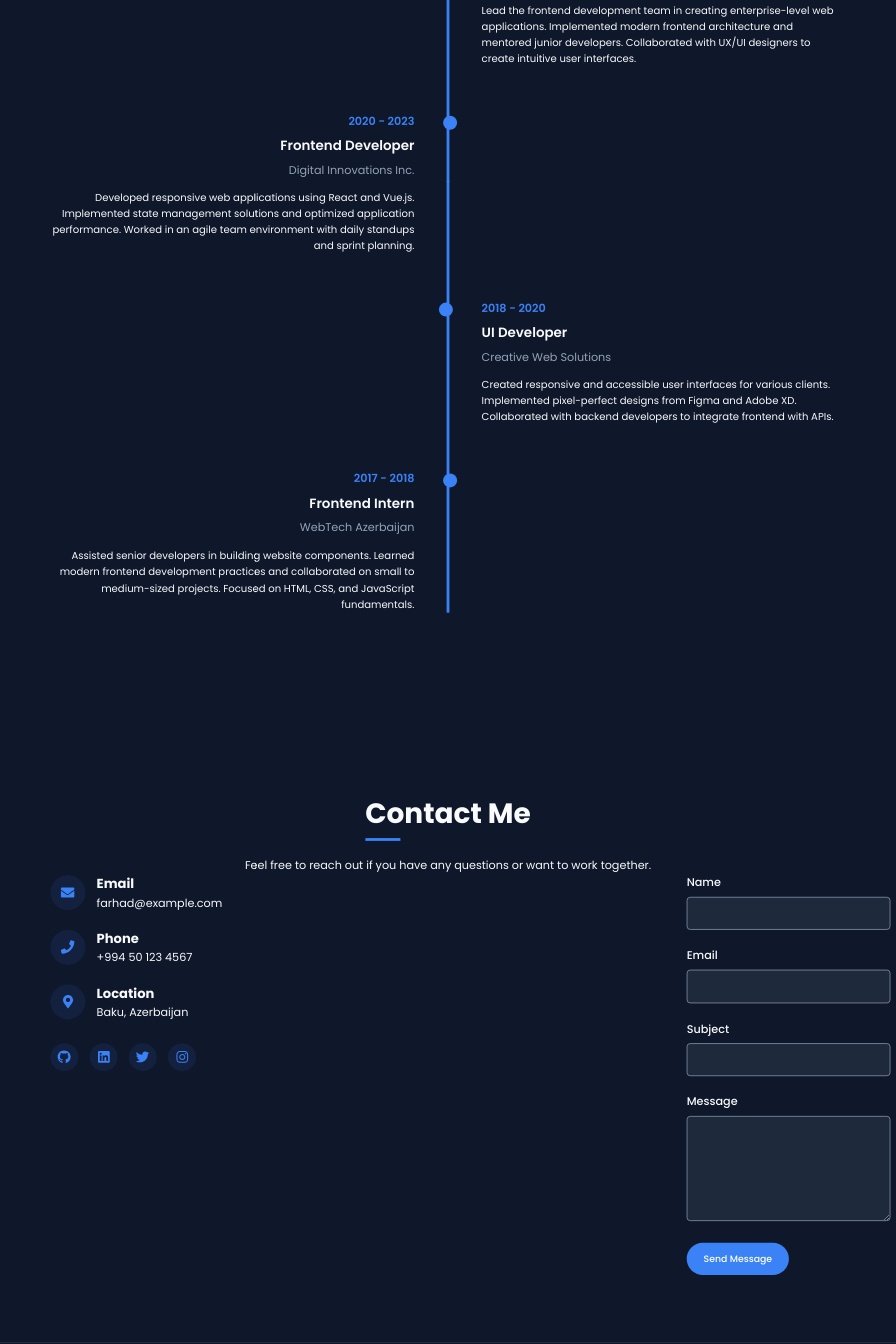
Repository: ferhadsultan98/portfolios
Page: index.html
These files come from the project's save history. The page is drawn as it stood at one moment and after a run of saves; the edit follows.
The browser window is 1280 px wide. The pictures show the part of the page from y = 2646 to 4566 px (the page is 4566 px tall), at 70% of full size.

Above is the page before, as saved 2025-04-16 14:36:18.

After the next 2 saves:
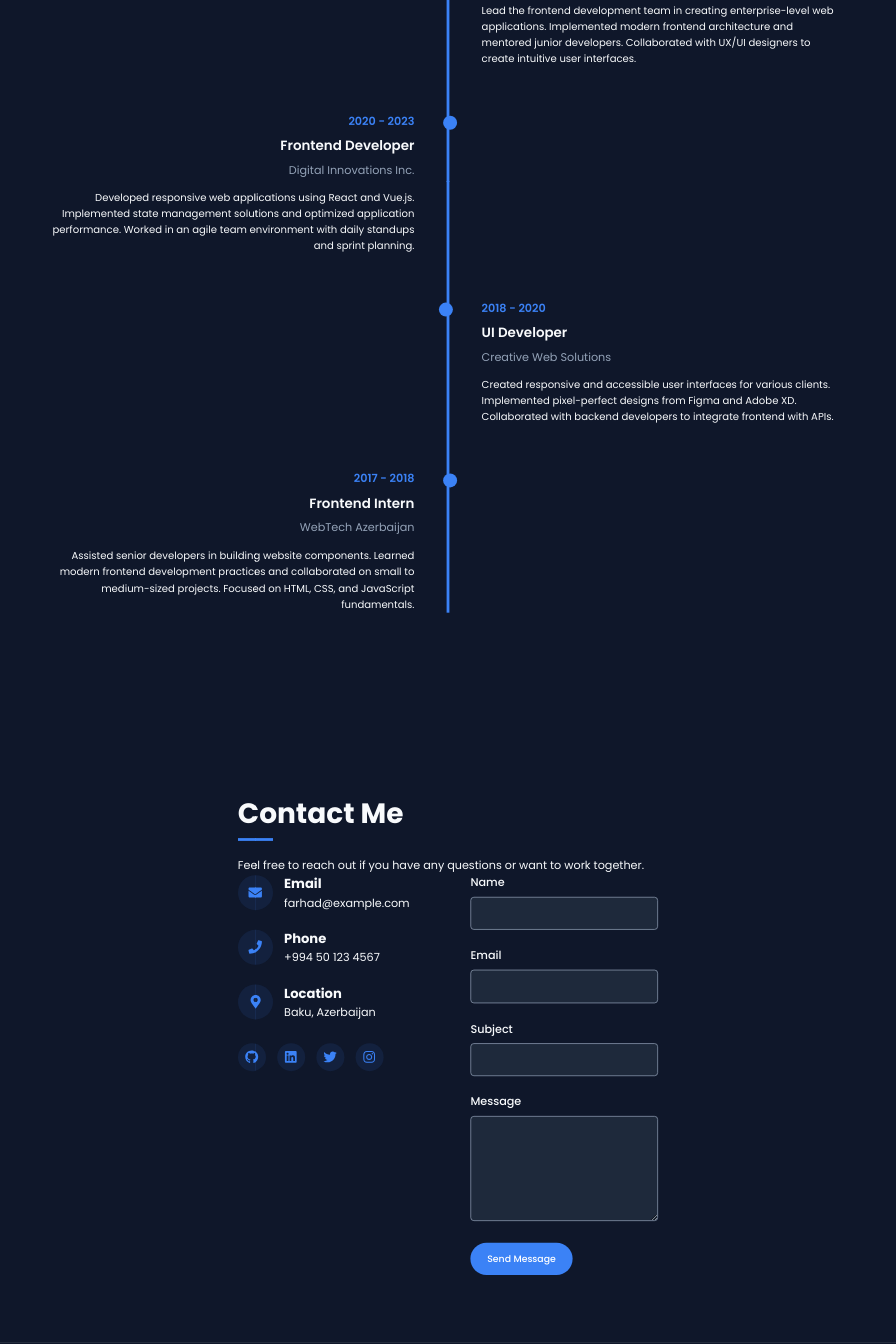
The 2 saves are shown as one change because they came seconds apart.
The last was saved 24 s later.
--- a/index.html
+++ b/index.html
@@ -24,19 +24,19 @@
         <div class="header-content">
           <a href="#home" class="logo">Farhad</a>
           <div class="navbar">
-            <ul class="nav-links">
-              <li><a href="#about">About</a></li>
-              <li><a href="#projects">Projects</a></li>
-              <li><a href="#experience">Experience</a></li>
-              <li><a href="#contact">Contact</a></li>
-            </ul>
-            <button class="theme-toggle">
-              <i class="fas fa-moon"></i>
-            </button>
-            <button class="mobile-menu-btn">
-              <i class="fas fa-bars"></i>
-            </button>
-          </div>
+          <ul class="nav-links">
+            <li><a href="#about">About</a></li>
+            <li><a href="#projects">Projects</a></li>
+            <li><a href="#experience">Experience</a></li>
+            <li><a href="#contact">Contact</a></li>
+          </ul>
+          <button class="theme-toggle">
+            <i class="fas fa-moon"></i>
+          </button>
+          <button class="mobile-menu-btn">
+            <i class="fas fa-bars"></i>
+          </button>
+        </div>
         </div>
       </div>
     </header>
@@ -408,13 +408,13 @@
 
     <!-- Contact Section -->
     <section id="contact">
-      <h2 class="section-title">Contact Me</h2>
-      <p>
-        Feel free to reach out if you have any questions or want to work
-        together.
-      </p>
       <div class="container">
-        <div class="contactFlex">
+        <h2 class="section-title">Contact Me</h2>
+        <p>
+          Feel free to reach out if you have any questions or want to work
+          together.
+        </p>
+        <div class="contact-content">
           <div class="contact-info">
             <div class="contact-item">
               <div class="contact-icon">
@@ -454,51 +454,49 @@
               ></a>
             </div>
           </div>
-          <div class="contact-content">
-            <div class="contact-form">
-              <form id="contactForm">
-                <div class="form-group">
-                  <label for="name" class="form-label">Name</label>
-                  <input
-                    type="text"
-                    id="name"
-                    name="name"
-                    class="form-input"
-                    required
-                  />
-                </div>
-                <div class="form-group">
-                  <label for="email" class="form-label">Email</label>
-                  <input
-                    type="email"
-                    id="email"
-                    name="email"
-                    class="form-input"
-                    required
-                  />
-                </div>
-                <div class="form-group">
-                  <label for="subject" class="form-label">Subject</label>
-                  <input
-                    type="text"
-                    id="subject"
-                    name="subject"
-                    class="form-input"
-                    required
-                  />
-                </div>
-                <div class="form-group">
-                  <label for="message" class="form-label">Message</label>
-                  <textarea
-                    id="message"
-                    name="message"
-                    class="form-input form-textarea"
-                    required
-                  ></textarea>
-                </div>
-                <button type="submit" class="btn">Send Message</button>
-              </form>
-            </div>
+          <div class="contact-form">
+            <form id="contactForm">
+              <div class="form-group">
+                <label for="name" class="form-label">Name</label>
+                <input
+                  type="text"
+                  id="name"
+                  name="name"
+                  class="form-input"
+                  required
+                />
+              </div>
+              <div class="form-group">
+                <label for="email" class="form-label">Email</label>
+                <input
+                  type="email"
+                  id="email"
+                  name="email"
+                  class="form-input"
+                  required
+                />
+              </div>
+              <div class="form-group">
+                <label for="subject" class="form-label">Subject</label>
+                <input
+                  type="text"
+                  id="subject"
+                  name="subject"
+                  class="form-input"
+                  required
+                />
+              </div>
+              <div class="form-group">
+                <label for="message" class="form-label">Message</label>
+                <textarea
+                  id="message"
+                  name="message"
+                  class="form-input form-textarea"
+                  required
+                ></textarea>
+              </div>
+              <button type="submit" class="btn">Send Message</button>
+            </form>
           </div>
         </div>
       </div>
